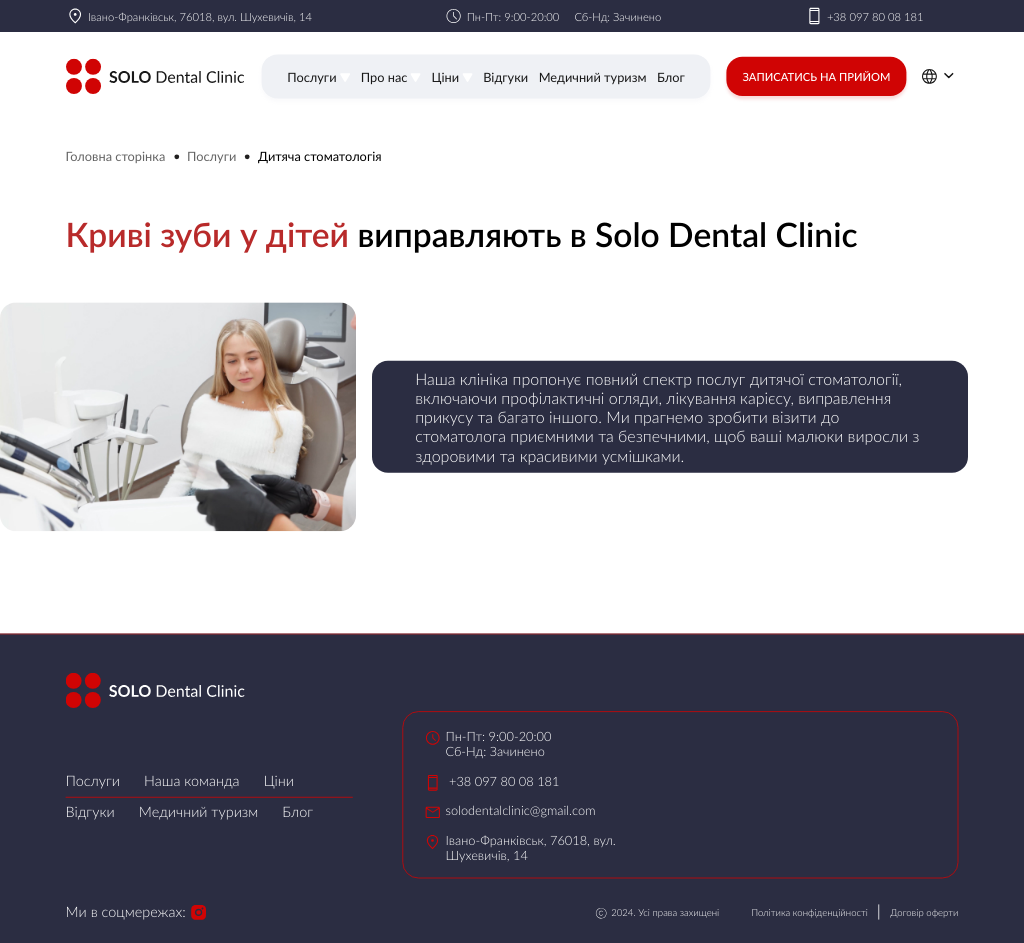
Repository: TarasDutchak/dental-clinic
Page: pediatric-dentistry.html
These files come from the project's save history. The page is drawn as it stood at one moment and after the next save; the edit follows.
The browser window is 1280 px wide. The pictures show the whole page, at 80% of full size.
Pictures or frames that could not be fetched are drawn as grey boxes.

Above is the page before, as saved 2024-12-31 07:51:39.

After the next save:
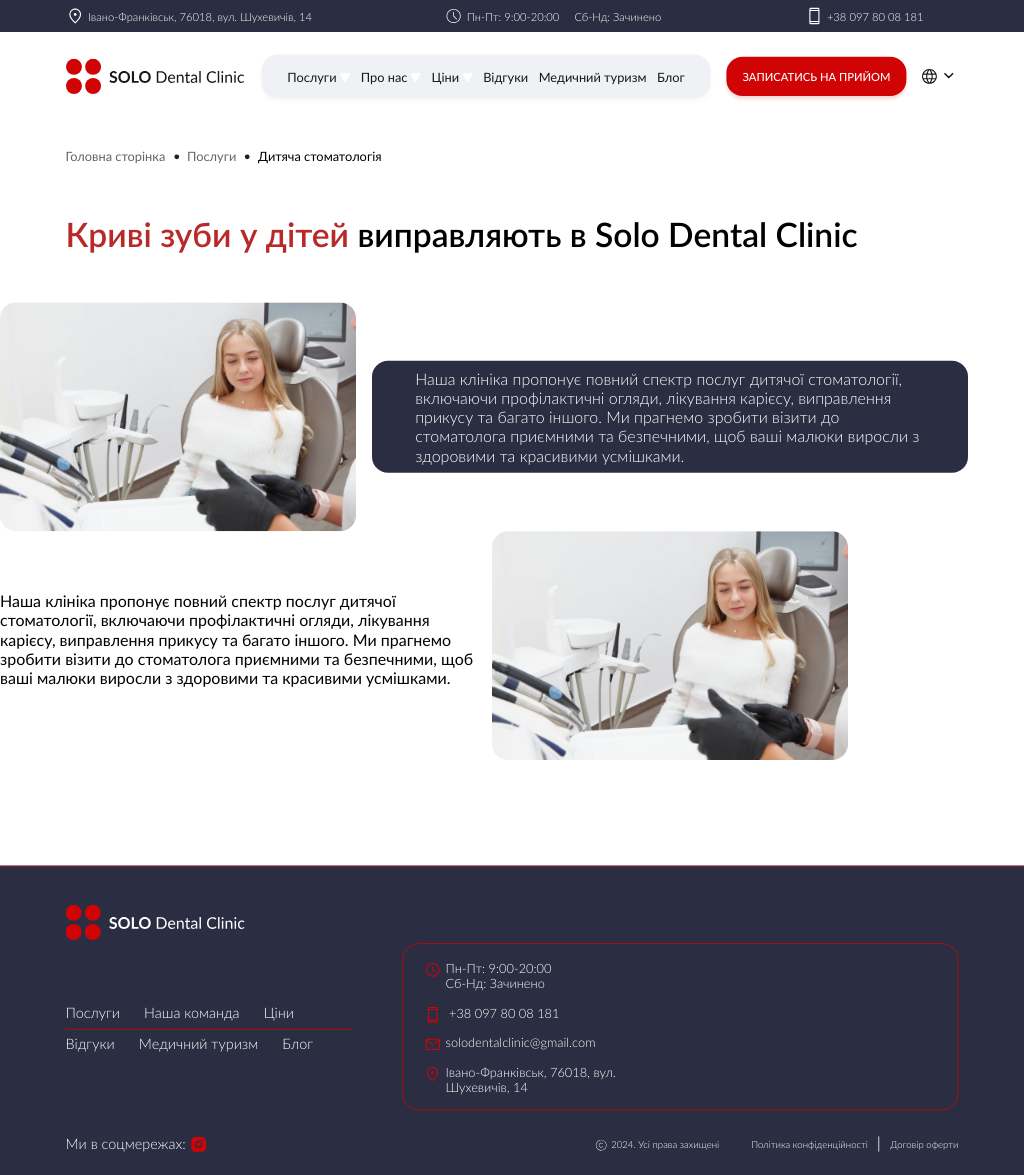
Saved 23 s later.
--- a/pediatric-dentistry.html
+++ b/pediatric-dentistry.html
@@ -183,6 +183,28 @@
                             </div>
                         </div>
                         <div class="reversesect__right">
+                            <div class="imgsect">
+                                <img src="img/pediatricdentistry/2.jpg" alt="img">
+                            </div>
+                        </div>
+                    </div>
+                </div>
+            </div>
+            <div class="reversesect">
+                <div class="container-r0">
+                    <div class="row align-items-center">
+                        <div class="col-md-6">
+                            <div class="descr">
+                                <p>
+                                    Наша клініка пропонує повний спектр послуг дитячої стоматології, включаючи
+                                    профілактичні
+                                    огляди, лікування карієсу, виправлення прикусу та багато іншого. Ми прагнемо зробити
+                                    візити до стоматолога приємними та безпечними, щоб ваші малюки виросли
+                                    з здоровими та красивими усмішками.
+                                </p>
+                            </div>
+                        </div>
+                        <div class="col-md-6">
                             <div class="imgsect">
                                 <img src="img/pediatricdentistry/2.jpg" alt="img">
                             </div>
